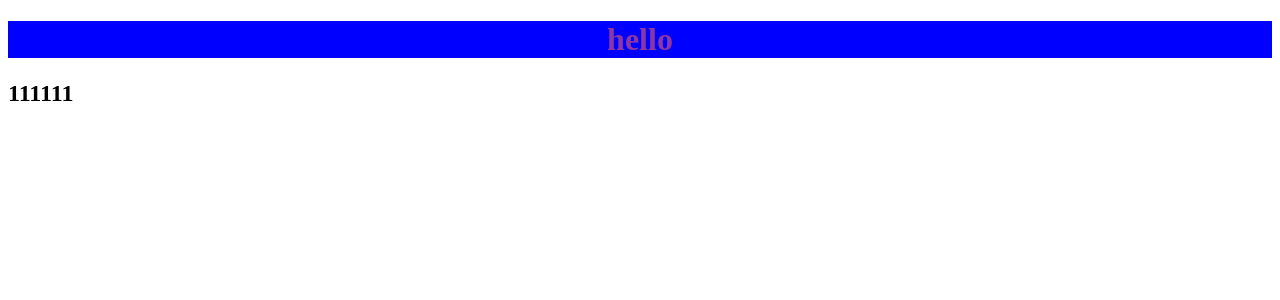
Repository: Jutta197/frontend726
Page: css_ex/color/index.html
These files come from the project's save history. The page is drawn as it stood at one moment and after the next save; the edit follows.
The browser window is 1280 px wide. The pictures show the whole page.

Above is the page before, as saved 2023-07-28 12:31:30.

After the next save:
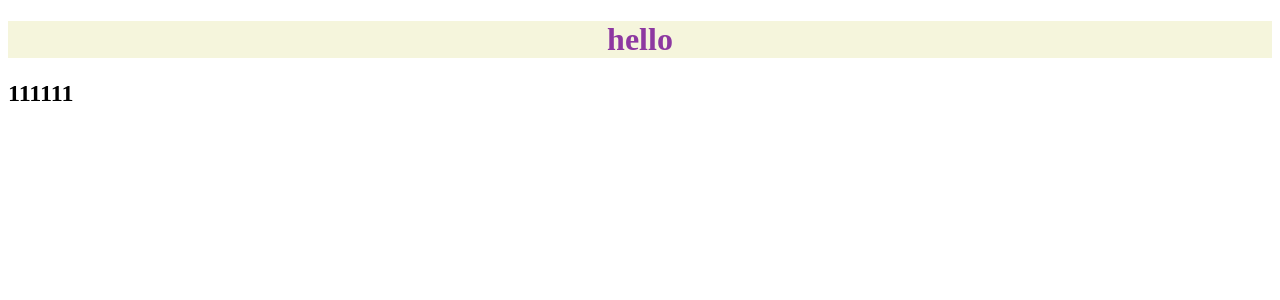
Saved 72 s later.
--- a/css_ex/color/style.css
+++ b/css_ex/color/style.css
@@ -1,6 +1,6 @@
 h1 {
-    color: blueviolet;
-    background-color: #0000FF;
+    color: #0000FF;
+    background-color: beige;
     text-align: center;
 }
 
